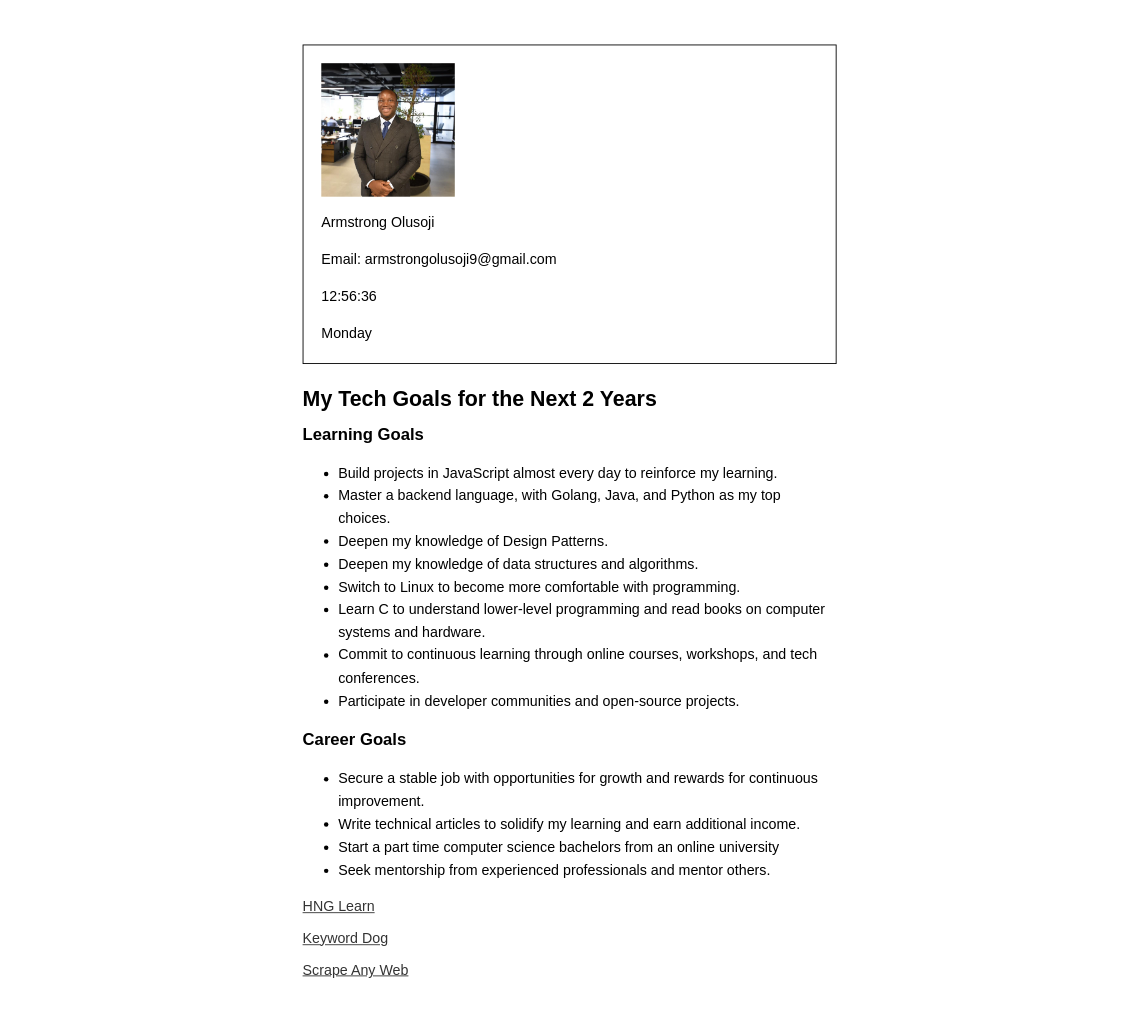
Repository: Armstrong2035/hng-project-one
Page: index.html
The author's editor kept a copy of each file at every save. The page is drawn from the files as they stood at one save, then again after the next save.
The browser window is 1280 px wide. The pictures show the whole page, at 89% of full size.

Above is the page before, as saved 2024-07-01 16:59:04.

After the next save:
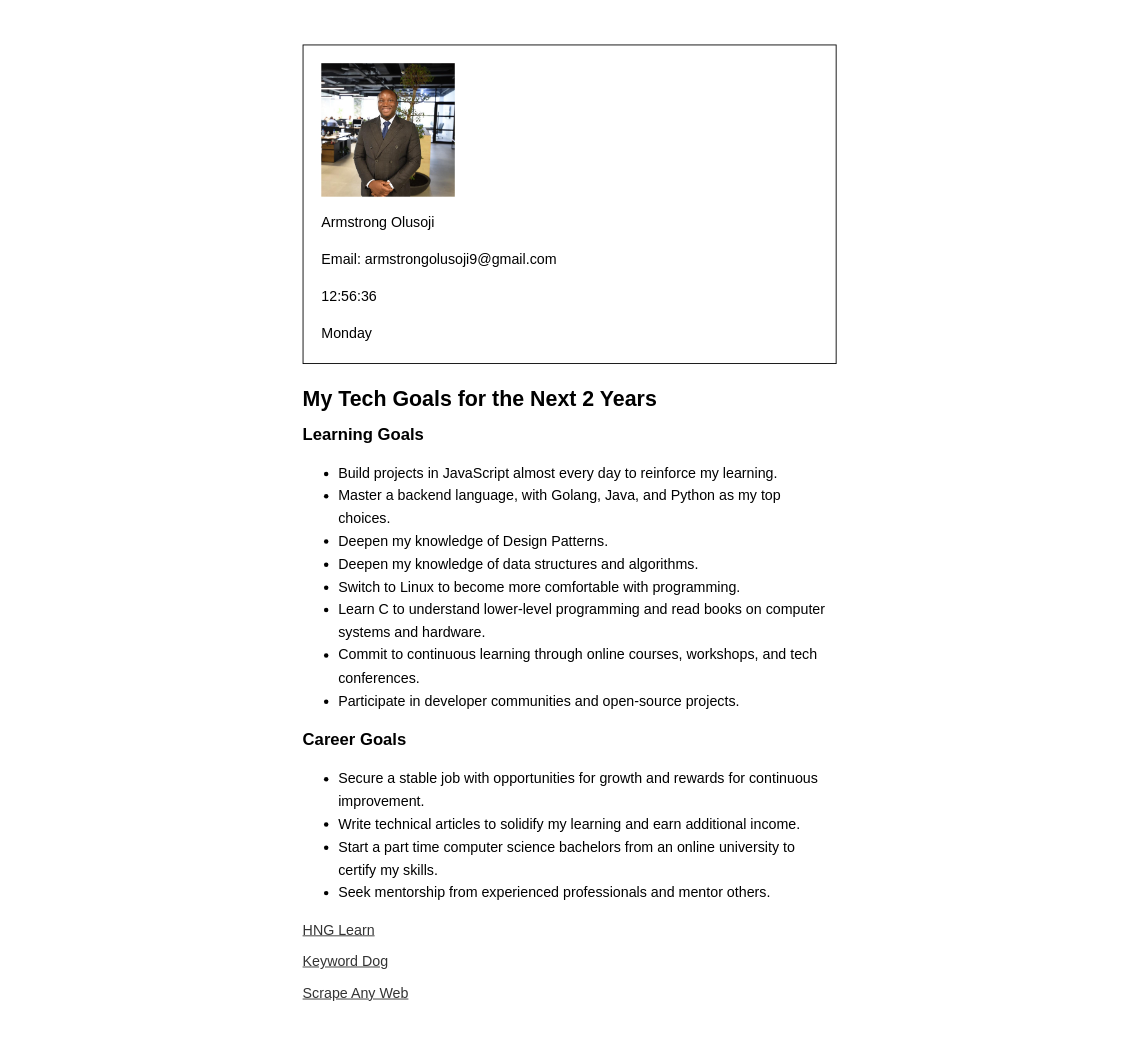
Saved 17 s later.
--- a/index.html
+++ b/index.html
@@ -70,7 +70,7 @@
             </li>
             <li>
               Start a part time computer science bachelors from an online
-              university
+              university to certify my skills.
             </li>
             <li>
               Seek mentorship from experienced professionals and mentor others.
